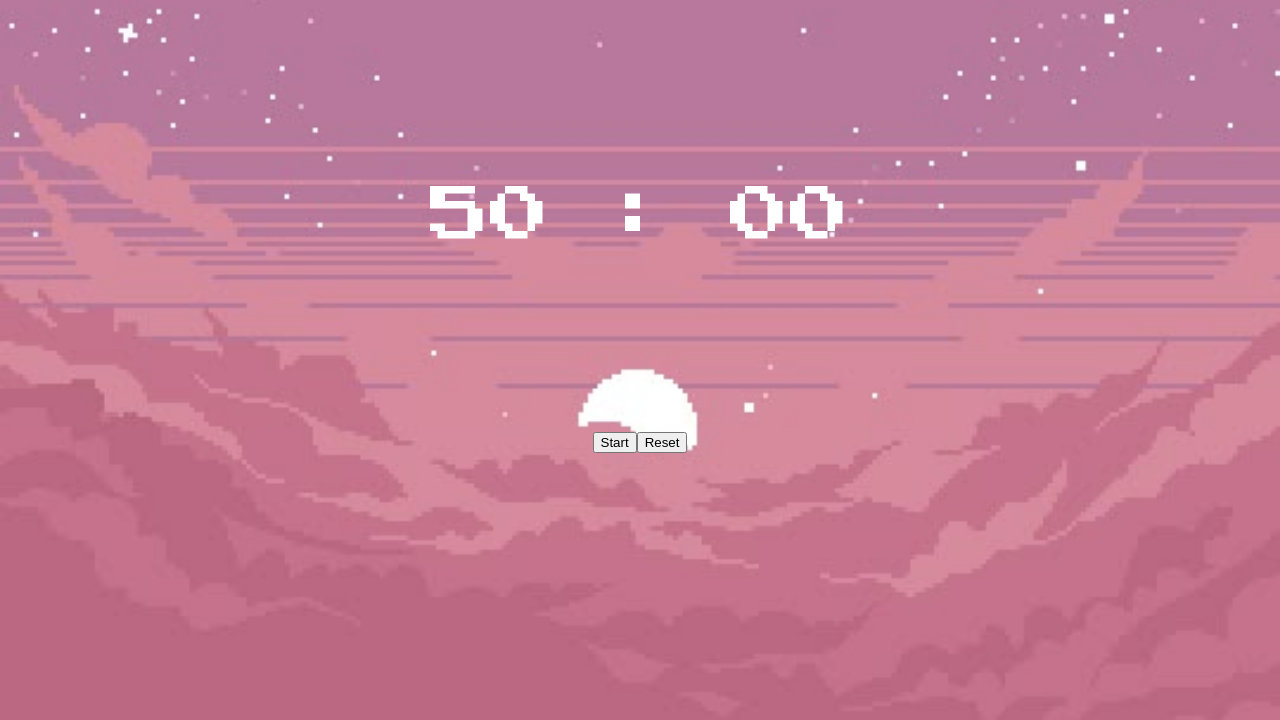
Repository: niharikapatil2306/Study-Timer
Page: index.html
The author's editor kept a copy of each file at every save. The page is drawn from the files as they stood at one save, then again after the next save.
The browser window is 1280 px wide. The pictures show the whole page.

Above is the page before, as saved 2025-02-15 16:53:14.

### index.html
<!DOCTYPE html>
<html lang="en">
<head>
    <meta charset="UTF-8">
    <meta name="viewport" content="width=device-width, initial-scale=1.0">
    <title>Study Timer</title>
    <link href="https://fonts.googleapis.com/css2?family=Press+Start+2P&display=swap" rel="stylesheet">
    <link rel="stylesheet" href="style.css" />
</head>
<body style="background-color: black;">
    <div class="container">
        <div class="timer">
            <div class="box">
                <span id="min">
                    50
                </span>
                :
                <span id="sec">
                    00
                </span>
            </div>
        </div>
        <div class="button_container">
            <button id="start">
                Start
            </button>
            <button id="reset">
                Reset
            </button>
        </div>
    </div>
    <script src="./clock.js"></script>
</body>
</html>

### style.css
body {
    margin: 0;
    padding: 0;
    background: url("./img/bg.jpeg") no-repeat center center fixed;
    background-size: cover;
}

.container{
    height: 100vh;
}

.box{
    .box {
        width: 200px; /* Adjust as needed */
        height: 100px; /* Adjust as needed */
        border-width: 10px; /* Defines the thickness of the border */
        border-style: solid; /* Ensures border is visible */
        border-image: url(./img/border.png) 30 round; /* Adjust slice value as needed */
    }

}

.timer{
    font-family: 'Press Start 2P', monospace;
    height: 60vh;
    font-size: 60px;
    font-weight: 400;
    color: white;
    display: flex;
    align-items: center;
    justify-content: center;
}

.button_container{
    display: flex;
    align-items: center;
    justify-content: center;
}

/* .timer {

    font-size: 50px;
    color: ivory;
    text-rendering: optimizeSpeed;
}

.box{
    width: max-content ;
    border: 1px solid white;
}

span{
    padding: 4px;
    margin: 8px;
}

.container{
    text-align: center;
    width: 100vw;
    height: 100vh;
    display: flex;
    position: relative; */
    /* flex-direction: column;
    justify-content: center;

} */

### clock.js
let timer;
let timeLeft = 50*60 // 50 minutes
const min = document.getElementById("min");
const sec = document.getElementById("sec");
const startBtn = document.getElementById("start");
const resetBtn = document.getElementById("reset");

function updateDisplay(){
    let minutes = Math.floor(timeLeft/60);
    let seconds = timeLeft%60;
    min.textContent = minutes.toString().padStart(2, "0");
    sec.textContent = seconds.toString().padStart(2, "0");
}

startBtn.addEventListener("click", () => {
    if(!timer){
        timer = setInterval(() => {
            if(timeLeft>0){
                timeLeft--;
                updateDisplay();
            }
            else{
                clearInterval(timer);
                timer = null;
                alert("Take a break!!")
            }
        }, 1000);
    }
});

resetBtn.addEventListener("click", () => {
    clearInterval(timer);
    timer = null;
    timeLeft = 50*60;
    updateDisplay();
});

After the next save:
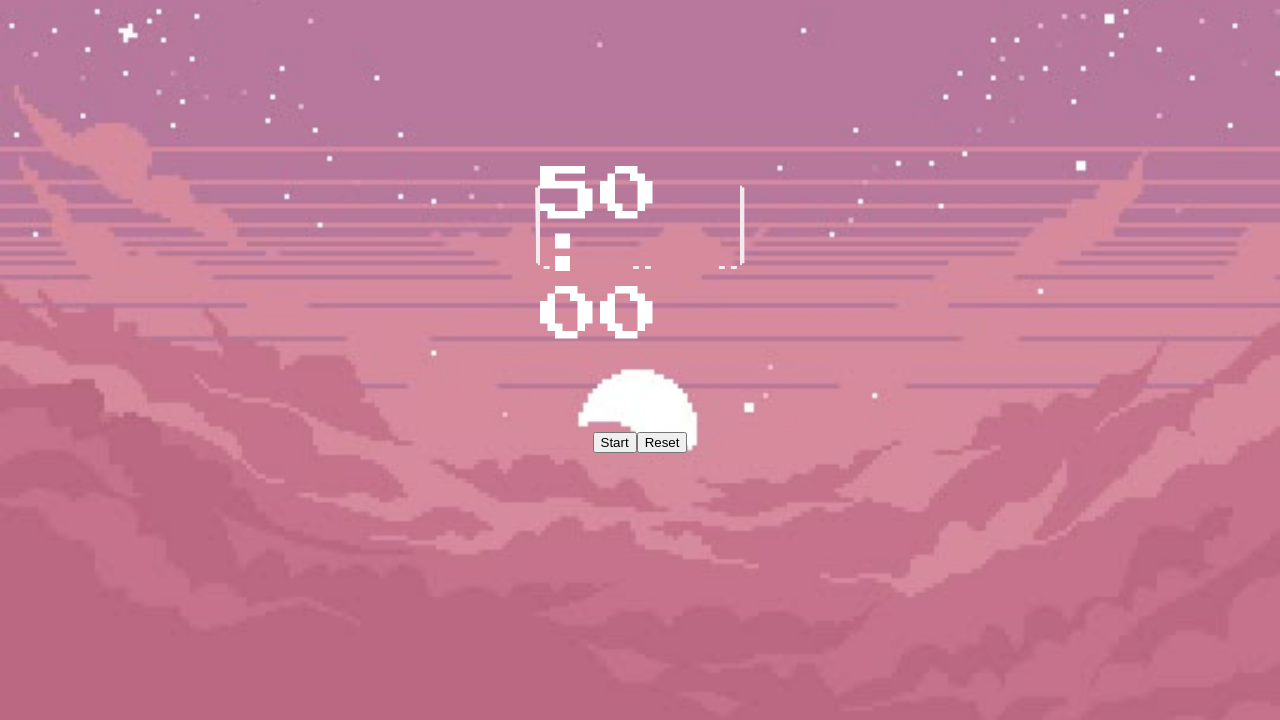
Saved 6 s later.
--- a/style.css
+++ b/style.css
@@ -10,14 +10,11 @@ body {
 }
 
 .box{
-    .box {
         width: 200px; /* Adjust as needed */
         height: 100px; /* Adjust as needed */
         border-width: 10px; /* Defines the thickness of the border */
         border-style: solid; /* Ensures border is visible */
         border-image: url(./img/border.png) 30 round; /* Adjust slice value as needed */
-    }
-
 }
 
 .timer{
